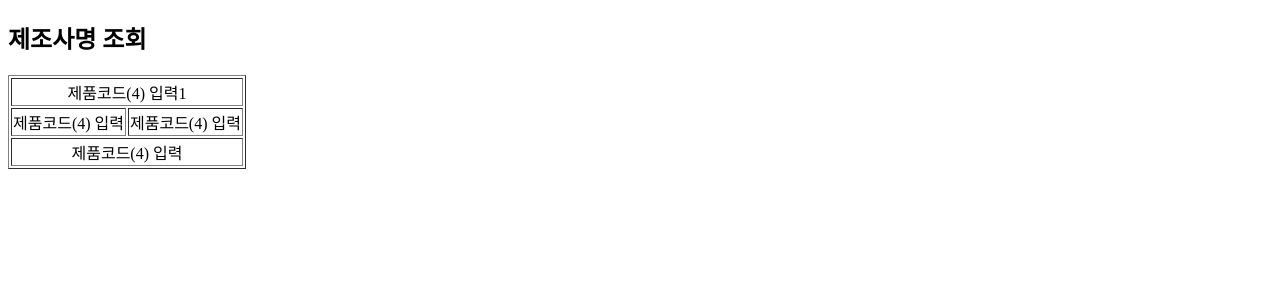
Repository: yyb03054/initProject
Page: http://localhost/examination/
The author's editor kept a copy of each file at every save. The page is drawn from the files as they stood at one save, then again after the next save.
The browser window is 1280 px wide. The pictures show the whole page.
The page is served by Tomcat 9. Other server files are loaded and not shown.

Above is the page before, as saved 2022-02-10 02:41:28.

### examination/WebContent/index.jsp
<%@ page language="java" contentType="text/html; charset=UTF-8"
    pageEncoding="UTF-8"%>
<!DOCTYPE html PUBLIC "-//W3C//DTD HTML 4.01 Transitional//EN" "http://www.w3.org/TR/html4/loose.dtd">
<html>
<head>
<meta http-equiv="Content-Type" content="text/html; charset=UTF-8">
<title>Insert title here</title>
</head>
<body>
				<h2>제조사명 조회</h2>
	   <table border="1">
	   				<tr>
	   								<td colspan="2" align="center">
	   												제품코드(4) 입력1
	   								</td>
	   				</tr>
	   				<tr>
	   								<td align="center">
	   												제품코드(4) 입력
	   								</td>
	   								<td align="center">
	   												제품코드(4) 입력
	   								</td>
	   				</tr>
	   				<tr>
	   								<td colspan="2" align="center">
	   												제품코드(4) 입력
	   								</td>
	   				</tr>
	   </table>
</body>
</html>

After the next save:
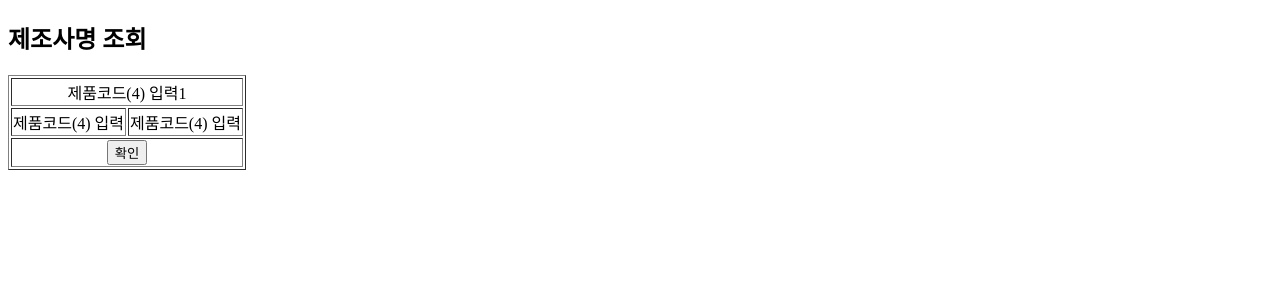
Saved 25 s later.
--- a/examination/WebContent/index.jsp
+++ b/examination/WebContent/index.jsp
@@ -24,7 +24,7 @@
 	   				</tr>
 	   				<tr>
 	   								<td colspan="2" align="center">
-	   												제품코드(4) 입력
+	   												<button type="button" name="code">확인</button>
 	   								</td>
 	   				</tr>
 	   </table>
